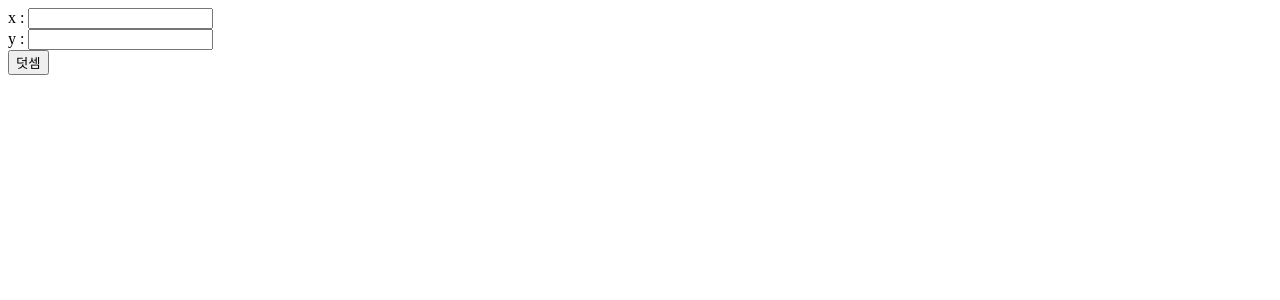
Repository: Dabee-ee/JAVA-lesson2
Page: Personal/JSPPrj/WebContent/reg.html
These files come from the project's save history. The page is drawn as it stood at one moment and after the next save; the edit follows.
The browser window is 1280 px wide. The pictures show the whole page.

Above is the page before, as saved 2021-03-12 10:27:05.

After the next save:
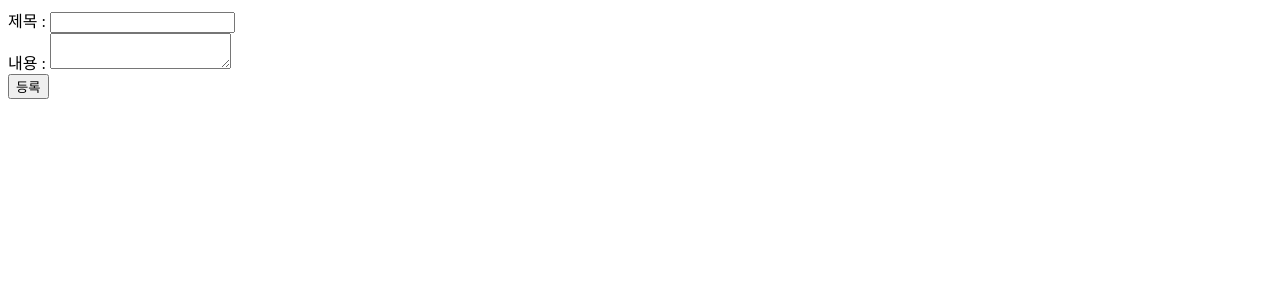
Saved 38 s later.
--- a/Personal/JSPPrj/WebContent/reg.html
+++ b/Personal/JSPPrj/WebContent/reg.html
@@ -6,19 +6,18 @@
 </head>
 <body>
    <div>
-        <form action="add" method="post">
+        <form action="notice-reg" method="post">
             <div>
-                <label>x : </label>
-                <input type="text" name="x">
+                <label>제목 : </label><input type="text" name="title">
             </div>
 
             <div>
-                <label>y : </label>
-                <input type="text" name="y">
+                <label>내용 : </label>
+                <textarea name="content"></textarea>
             </div>
 
             <div>
-                <input type="submit" value="덧셈" />
+                <input type="submit" value="등록" />
             </div>
         </form>
     </div>
